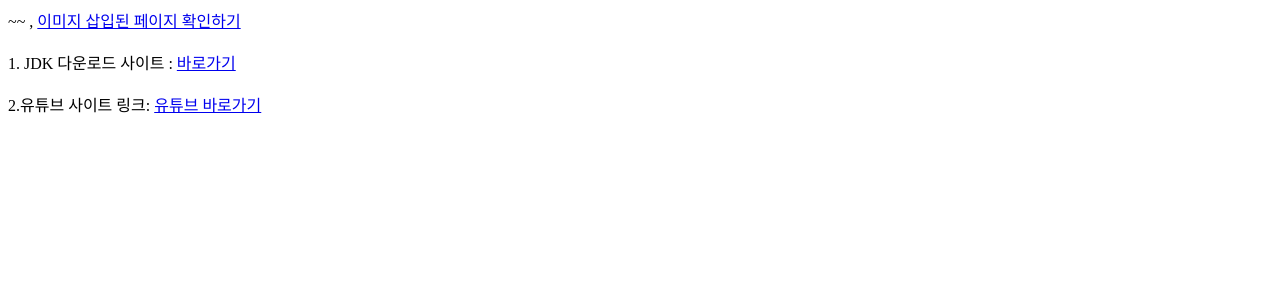
Repository: parkgyutaee/My_JAVA_Project
Page: http://localhost/JSPStudy/hyperlink_text.jsp
An editor plug-in stored every save of this project. The page is shown before and after the next save, followed by the edit.
The browser window is 1280 px wide. The pictures show the whole page.
The page is served by Tomcat 9.

Above is the page before, as saved 2025-07-09 06:35:24.

After the next save:
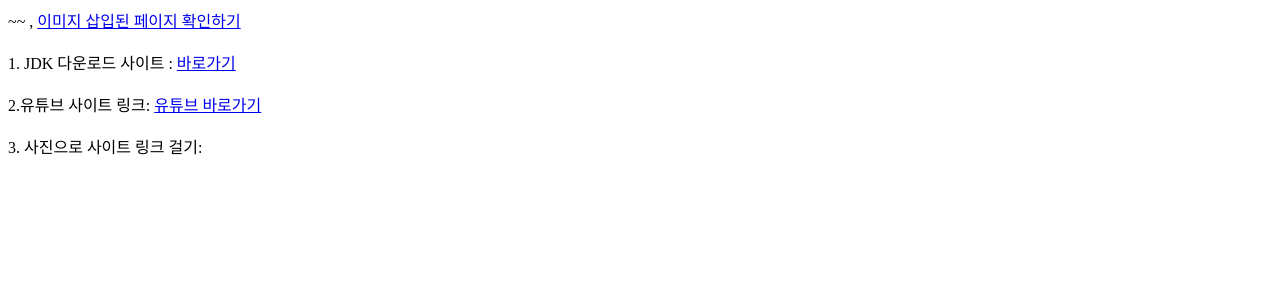
Saved 4 s later.
--- a/Workspace/JSPStudy/src/main/webapp/hyperlink_text.jsp
+++ b/Workspace/JSPStudy/src/main/webapp/hyperlink_text.jsp
@@ -13,5 +13,8 @@
 <br><br>
 2.유튜브 사이트 링크:
 <a href = "https://www.youtube.com">유튜브 바로가기</a>
+<br><br>
+3. 사진으로 사이트 링크 걸기:
+<a href=""></a>
 </body>
 </html>
